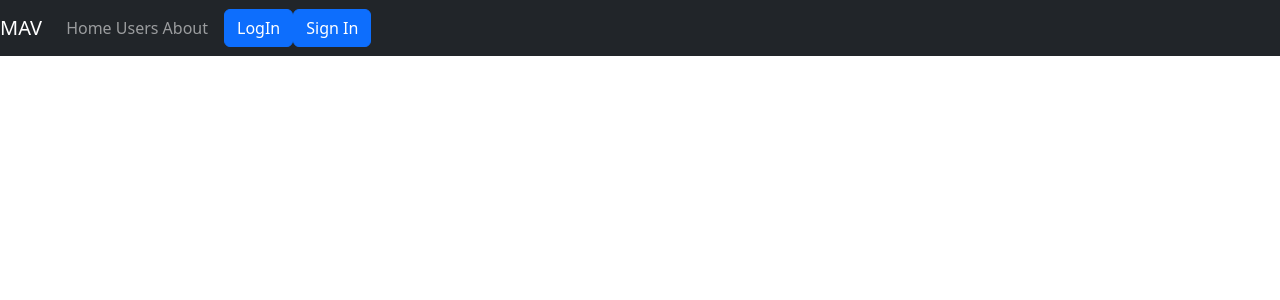
Repository: Dekabrist94/Bootstrap-First-Page
Page: /
An editor plug-in stored every save of this project. The page is shown before and after the next save, followed by the edit.
The browser window is 1280 px wide. The pictures show the whole page.
The project was rebuilt for these pictures with package versions that can differ from the ones it lists, and the page was loaded fresh each time.

Above is the page before, as saved 2023-04-07 23:50:16.

After the next save:
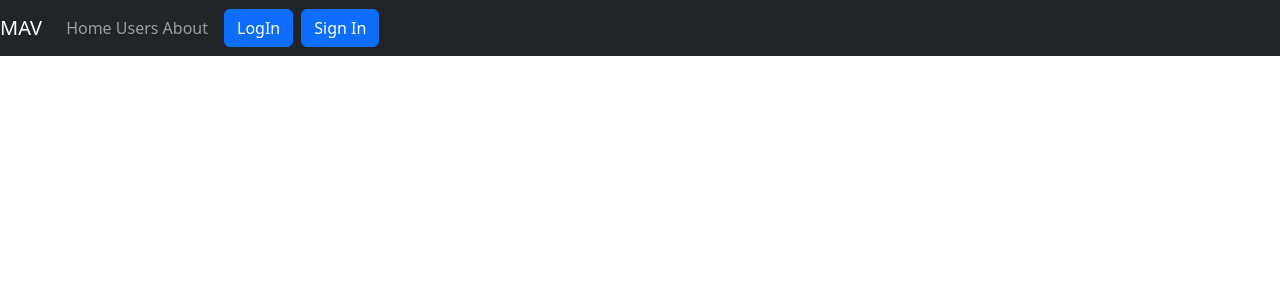
Saved 13 s later.
--- a/src/components/Navibar.js
+++ b/src/components/Navibar.js
@@ -13,7 +13,7 @@ export const Navibar = () => {
             <Nav.Link>Home Users About</Nav.Link>
           </Nav>
           <Nav>
-            <Button variant="primary" className="ms-2">
+            <Button variant="primary" className="ms-2 me-2">
               LogIn
             </Button>
             <Button variant="primary">Sign In</Button>
